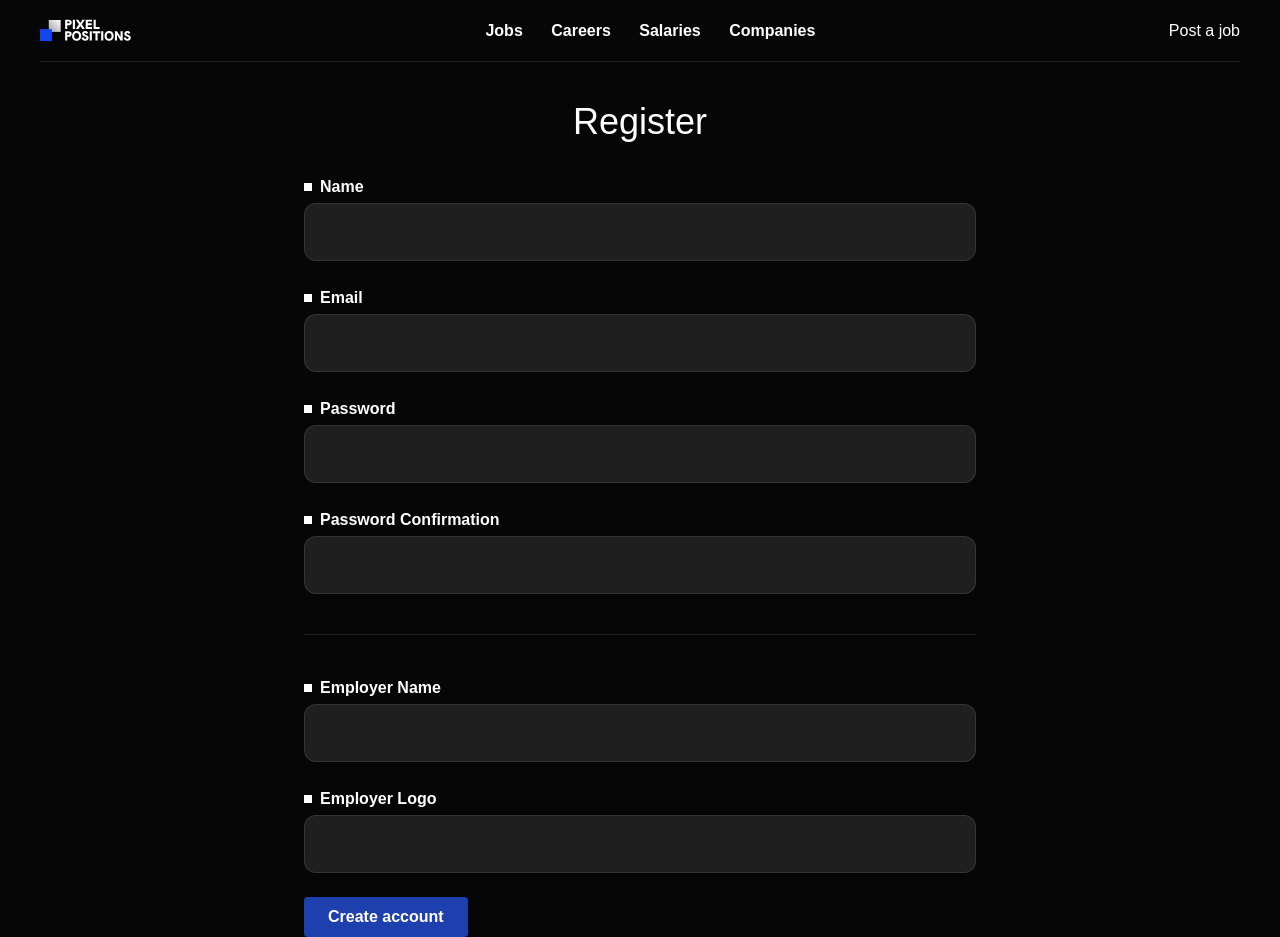
Repository: aggepap/pixel-positions-laravel
Page: http://localhost/register
The author's editor kept a copy of each file at every save. The page is drawn from the files as they stood at one save, then again after the next save.
The browser window is 1280 px wide. The pictures show the whole page.
Some web fonts or font styles are not loaded; a fallback is used. The page is served by the project's Laravel application, run on PHP 8.4 with Laravel 12. Other server files are loaded and not shown. Style sheets and scripts are compiled from the project's sources, by tool versions that may differ from the author's.

Above is the page before, as saved 2025-02-22 20:17:33.

### routes/web.php
<?php

use App\Http\Controllers\AuthenticatedSessionController;
use App\Http\Controllers\JobController;
use App\Http\Controllers\RegisteredUserController;
use Illuminate\Support\Facades\Route;

Route::get('/', [JobController::class, 'index'])->name('home');
Route::get('/register', [RegisteredUserController::class, 'create']);
Route::post('/register', [RegisteredUserController::class, 'store']);

Route::get('/login', [AuthenticatedSessionController::class, 'create']);
Route::post('/login', [AuthenticatedSessionController::class, 'store']);
Route::delete('/logout', [AuthenticatedSessionController::class, 'destroy']);

### app/Http/Controllers/RegisteredUserController.php
<?php

namespace App\Http\Controllers;

use Illuminate\Http\Request;

class RegisteredUserController extends Controller
{
    public function create()
    {
        return view('auth.register');
    }
}

### resources/views/auth/register.blade.php
<x-layout>
<x-page-heading>Register</x-page-heading>

<x-forms.form method="POST" action="/register">
  <x-forms.input label="Name" type="text" name="name" />
  <x-forms.input label="Email" type="email" name="email" />
  <x-forms.input label="Password" type="password" name="password" />
  <x-forms.input label="Password Confirmation" type="password" name="password_confirmation" />

  <x-forms.divider />

  <x-forms.input label="Employer Name" type="text" name="employer" />
  <x-forms.input label="Employer Logo" type="text" name="logo" />
  <x-forms.button>Create account</x-forms.button>
</x-form.form>
  </x-layout>

### resources/views/components/page-heading.blade.php

<h1 class="font-bold, text-center text-4xl mb-8">{{$slot}}</h1>

### resources/views/components/forms/label.blade.php
@props(['name', 'label'])

<div class="inline-flex items-center gap-2">
    <span class="w-2 h-2 bg-white inline-block"></span>
    <label class="font-bold" for="{{ $name }}">{{ $label }}</label>
</div>

### resources/views/components/forms/button.blade.php
<button {{ $attributes(['class' => 'bg-blue-800 rounded py-2 px-6 font-bold']) }}>{{ $slot }}</button>

### resources/views/components/layout.blade.php
<!DOCTYPE html>
<html lang="en">
<head>
  <meta charset="UTF-8">
  <meta name="viewport" content="width=device-width, initial-scale=1.0">
  <title>Pixel Positions</title>
  <link rel="preconnect" href="https://fonts.googleapis.com">
<link rel="preconnect" href="https://fonts.gstatic.com" crossorigin>
<link href="https://fonts.googleapis.com/css2?family=Hanken+Grotesk:ital,wght@400;500;600&display=swap" rel="stylesheet">
  @vite(['resources/js/app.js', 'resources/css/app.css'])
</head>
<body class="bg-black text-white font-hanken">
  <div class="px-10">
    <nav class="flex justify-between items-center py-4 border-b border-white/10">
      <div class="">
        <a href="/"> <img src="{{Vite::asset('resources/images/logo.svg')}}" alt="Logo"></a>

      </div>
      <div class="space-x-6 font-bold"><a href="#">Jobs</a>
      <a href="#">Careers</a>
      <a href="#">Salaries</a>
       <a href="#">Companies</a>
      </div>
      <div class=""><a href="#">Post a job</a></div>
    </nav>
    <main class="mt-10 max-w-[986px] mx-auto">{{$slot}}</main>
  </div>
</body>
</html>

### resources/images/logo.svg
<svg width="92" height="29" viewBox="0 0 92 29" fill="none" xmlns="http://www.w3.org/2000/svg">
    <path fill="url(#eq4u6l1jfa)" d="M8.787 4.021h11.877v11.877H8.787z"/>
    <path fill="#1544EF" d="M0 13.107h11.877v11.877H0z"/>
    <path d="M25.16 13V3.653h3.285c2.159 0 3.245.899 3.245 2.75 0 1.863-1.113 2.842-3.245 2.842H27.25V13H25.16zm2.091-5.686h.979c.858 0 1.354-.134 1.354-.885 0-.71-.429-.845-1.354-.845h-.979v1.73zM32.846 13V3.653h2.106V13h-2.106zm2.988 0 3.044-4.64-3.057-4.707h2.521L40.34 6.9l1.998-3.246h2.508L41.788 8.36 44.846 13h-2.521l-1.998-3.124L38.355 13h-2.52zm9.872 0V3.653h6.276v1.931h-4.17v1.61h3.969v1.944h-3.97v1.931h4.17V13h-6.275zm7.936 0V3.653h2.105v7.416h3.836V13h-5.941zM25.16 24.574v-9.347h3.285c2.159 0 3.245.898 3.245 2.75 0 1.863-1.113 2.842-3.245 2.842H27.25v3.755H25.16zm2.091-5.686h.979c.858 0 1.354-.134 1.354-.885 0-.71-.429-.845-1.354-.845h-.979v1.73zm9.367 5.927c-2.71 0-4.573-1.971-4.573-4.908 0-2.95 1.864-4.921 4.573-4.921 2.735 0 4.586 1.957 4.586 4.921 0 2.95-1.878 4.908-4.586 4.908zm0-2.011c1.515 0 2.467-1.113 2.467-2.897 0-1.797-.952-2.91-2.467-2.91-1.502 0-2.468 1.086-2.468 2.91 0 1.81.966 2.897 2.468 2.897zm8.63 1.97c-1.944 0-3.472-1.166-3.754-2.95l2.092-.522c.094 1.1.764 1.609 1.703 1.609.684 0 1.247-.335 1.247-1.046 0-.43-.429-.751-1.65-1.247-1.997-.805-2.721-1.542-2.721-2.977 0-1.556 1.22-2.655 3.057-2.655 1.3 0 2.347.603 2.95 1.81l-1.743 1.086c-.282-.684-.738-1.032-1.274-1.032-.483 0-.885.308-.885.75 0 .456.362.778 1.703 1.301 2.011.778 2.655 1.449 2.655 2.776 0 1.85-1.475 3.098-3.38 3.098zm4.478-.2v-9.347h2.106v9.347h-2.106zm5.724 0v-7.416h-2.736v-1.931h7.59v1.931h-2.722v7.416H55.45zm5.735 0v-9.347h2.105v9.347h-2.105zm7.91.241c-2.71 0-4.573-1.971-4.573-4.908 0-2.95 1.864-4.921 4.573-4.921 2.735 0 4.586 1.957 4.586 4.921 0 2.95-1.878 4.908-4.586 4.908zm0-2.011c1.515 0 2.467-1.113 2.467-2.897 0-1.797-.952-2.91-2.467-2.91-1.502 0-2.468 1.086-2.468 2.91 0 1.81.966 2.897 2.468 2.897zm11.487-7.577h2.105v9.347h-2.159l-3.513-5.726v5.726h-2.106v-9.347h2.146l3.527 5.7v-5.7zm6.848 9.548c-1.945 0-3.473-1.167-3.755-2.95l2.092-.523c.094 1.1.764 1.609 1.703 1.609.684 0 1.247-.335 1.247-1.046 0-.43-.429-.751-1.65-1.247-1.997-.805-2.721-1.542-2.721-2.977 0-1.556 1.22-2.655 3.057-2.655 1.3 0 2.347.603 2.95 1.81l-1.743 1.086c-.282-.684-.738-1.032-1.274-1.032-.483 0-.885.308-.885.75 0 .456.362.778 1.703 1.301 2.011.778 2.655 1.449 2.655 2.776 0 1.85-1.475 3.098-3.38 3.098z" fill="#fff"/>
    <defs>
        <linearGradient id="eq4u6l1jfa" x1="20.5" y1="4" x2="8" y2="16.5" gradientUnits="userSpaceOnUse">
            <stop stop-color="#fff"/>
            <stop offset="1" stop-color="#999"/>
        </linearGradient>
    </defs>
</svg>

### tailwind.config.js
import defaultTheme from "tailwindcss/defaultTheme";

/** @type {import('tailwindcss').Config} */
export default {
    content: [
        "./vendor/laravel/framework/src/Illuminate/Pagination/resources/views/*.blade.php",
        "./storage/framework/views/*.php",
        "./resources/**/*.blade.php",
        "./resources/**/*.js",
        "./resources/**/*.vue",
    ],
    theme: {
        extend: {
            fontFamily: {
                sans: ["Figtree", ...defaultTheme.fontFamily.sans],
            },
            colors: {
                black: "#060606",
            },
            fontFamily: {
                hanken: ["Hanken", "sans-serif"],
            },
            fontSize: {
                "2xs": "0.625rem",
            },
        },
    },
    plugins: [],
};

Loaded but not shown: app/Providers/AppServiceProvider.php (common file); app/Http/Controllers/Controller.php (common file); resources/views/components/forms/input.blade.php (common file); resources/views/components/forms/field.blade.php (common file); resources/views/components/forms/error.blade.php (common file); resources/views/components/forms/divider.blade.php (common file); resources/views/components/forms/form.blade.php (common file); resources/css/app.css (common file)

After the next save:
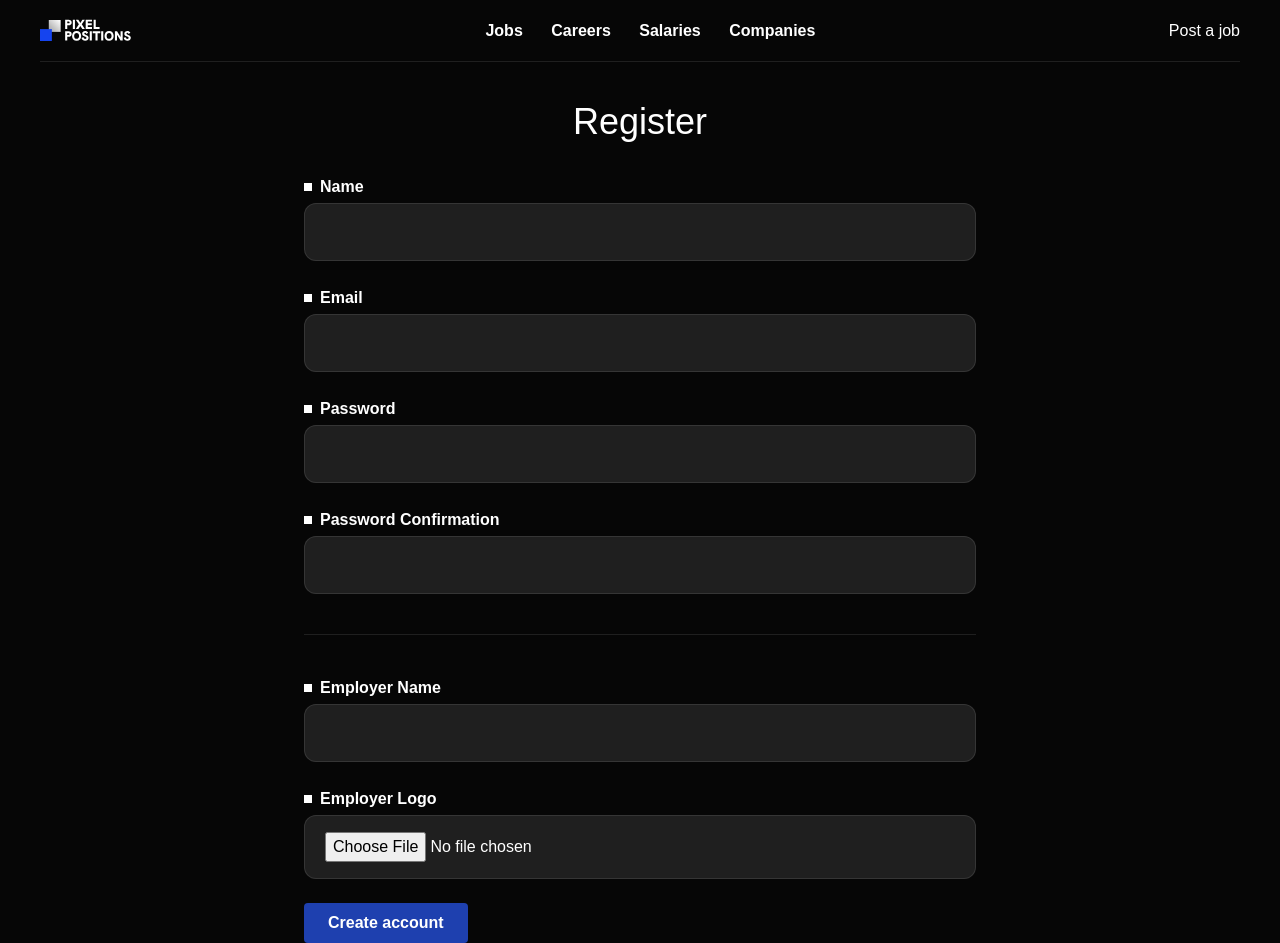
Saved 12 s later.
--- a/resources/views/auth/register.blade.php
+++ b/resources/views/auth/register.blade.php
@@ -10,7 +10,7 @@
   <x-forms.divider />
 
   <x-forms.input label="Employer Name" type="text" name="employer" />
-  <x-forms.input label="Employer Logo" type="text" name="logo" />
+  <x-forms.input label="Employer Logo" type="file" name="logo" />
   <x-forms.button>Create account</x-forms.button>
 </x-form.form>
   </x-layout>
